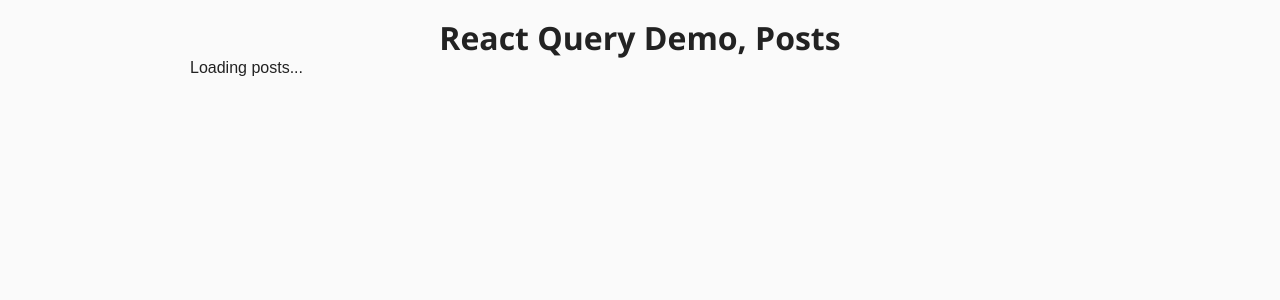
Repository: edunwant42/alx-fe-reactjs
Page: / (app in react-query-demo/)
These files come from the project's save history. The page is drawn as it stood at one moment and after the next save; the edit follows.
The browser window is 1280 px wide. The pictures show the whole page.
The page's requests for data from a server got no answer. The project was rebuilt for these pictures with package versions that can differ from the ones it lists, and the page was loaded fresh each time. No one was signed in, and anything a server would have sent is missing. Also part of the build but not shown: react-query-demo/vite.config.js.

Above is the page before, as saved 2025-08-24 11:15:36.

After the next save:
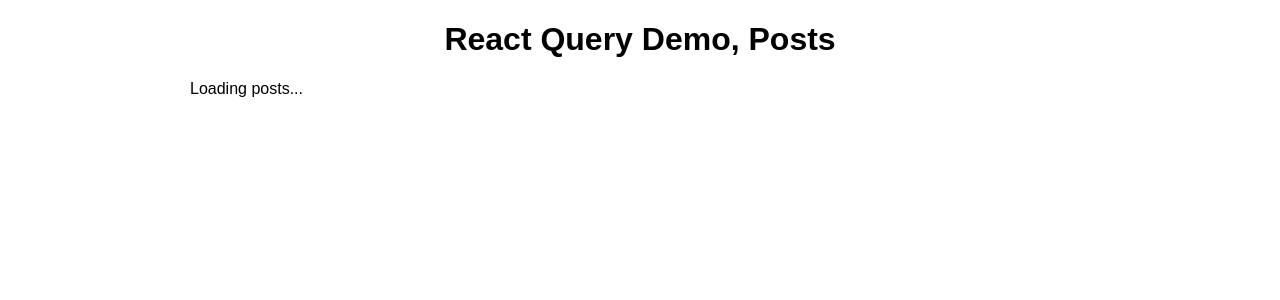
Saved 21 s later.
--- a/react-query-demo/src/App.jsx
+++ b/react-query-demo/src/App.jsx
@@ -1,6 +1,6 @@
 import { QueryClient, QueryClientProvider } from '@tanstack/react-query'
 import PostsComponent from './components/PostsComponent'
-import "App.css"
+
 
 const queryClient = new QueryClient()
 

After the 3 saves that followed:
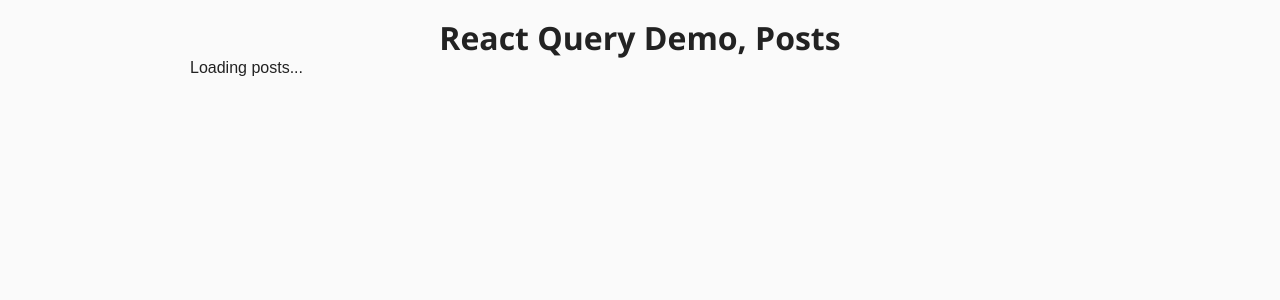
The 3 saves are shown as one change because they came seconds apart.
The last was saved 11 s later.
--- a/react-query-demo/src/App.jsx
+++ b/react-query-demo/src/App.jsx
@@ -1,6 +1,6 @@
 import { QueryClient, QueryClientProvider } from '@tanstack/react-query'
 import PostsComponent from './components/PostsComponent'
-
+import "App.css"
 
 const queryClient = new QueryClient()
 
